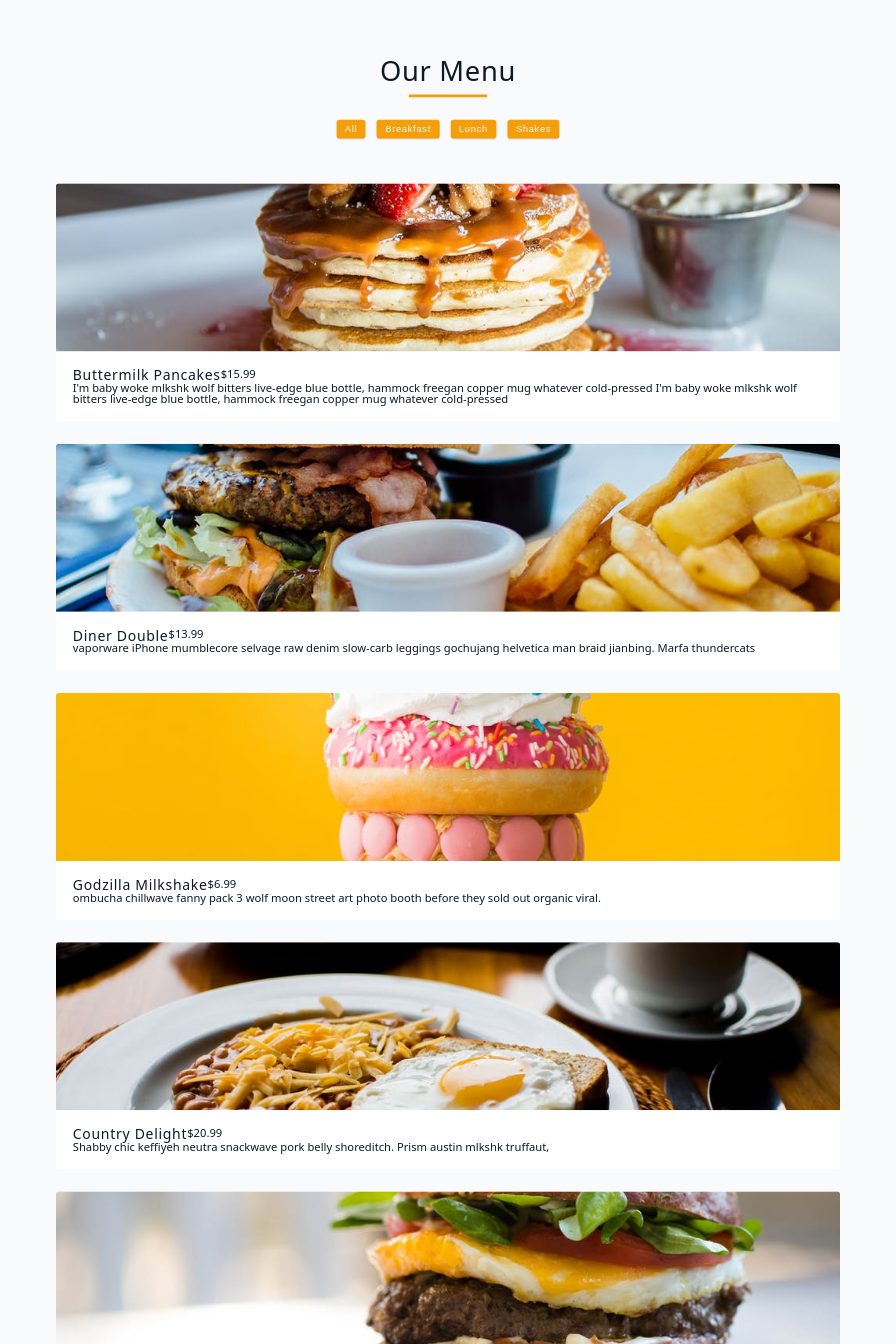
Repository: dydals3440/React-Projects
Page: / (app in 04-fundamental-projects/05-menu/starter/)
An editor plug-in stored every save of this project. The page is shown before and after the next save, followed by the edit.
The browser window is 1280 px wide. The pictures show the part of the page from y = 0 to 1920 px (the page is 3530 px tall), at 70% of full size.
The project was rebuilt for these pictures with package versions that can differ from the ones it lists, and the page was loaded fresh each time. Also part of the build but not shown: 04-fundamental-projects/05-menu/starter/vite.config.js.

Above is the page before, as saved 2023-09-07 13:58:14.

### 04-fundamental-projects/05-menu/starter/src/App.jsx
import { useState } from 'react';
import Title from './Title';
import menu from './data';
import Menu from './Menu';
import Categories from './Categories';

// const tempCategories = menu.map((item) => item.category);
// // 중복된 카테고리를 제외!
// const tempSet = new Set(tempCategories);
// const tempItems = ['all', ...tempSet];
// console.log(tempItems);

const allCategories = ['all', ...new Set(menu.map((item) => item.category))];

const App = () => {
  const [menuItems, setMenuItems] = useState(menu);
  const [categories, setCategories] = useState(allCategories);
  const filterItems = (category) => {
    if (category === 'all') {
      setMenuItems(menu);
      return;
    }
    const newItems = menu.filter((item) => item.category === category);
    setMenuItems(newItems);
  };

  return (
    <main>
      <section className='menu'>
        <Title text='our menu' />
        <Categories categories={categories} filterItems={filterItems} />
        <Menu items={menuItems} />
      </section>
    </main>
  );
};
export default App;

### 04-fundamental-projects/05-menu/starter/src/index.css
/* ============= GLOBAL CSS =============== */

*,
::after,
::before {
  margin: 0;
  padding: 0;
  box-sizing: border-box;
}

html {
  font-size: 100%;
} /*16px*/

:root {
  /* colors */
  --primary-100: #fef3c7;
  --primary-200: #fde68a;
  --primary-300: #fcd34d;
  --primary-400: #fbbf24;
  --primary-500: #f59e0b;
  --primary-600: #d97706;
  --primary-700: #b45309;
  --primary-800: #92400e;
  --primary-900: #78350f;

  /* grey */
  --grey-50: #f8fafc;
  --grey-100: #f1f5f9;
  --grey-200: #e2e8f0;
  --grey-300: #cbd5e1;
  --grey-400: #94a3b8;
  --grey-500: #64748b;
  --grey-600: #475569;
  --grey-700: #334155;
  --grey-800: #1e293b;
  --grey-900: #0f172a;
  /* rest of the colors */
  --black: #222;
  --white: #fff;
  --red-light: #f8d7da;
  --red-dark: #842029;
  --green-light: #d1e7dd;
  --green-dark: #0f5132;

  --small-text: 0.875rem;
  --extra-small-text: 0.7em;
  /* rest of the vars */
  --backgroundColor: var(--grey-50);
  --textColor: var(--grey-900);
  --borderRadius: 0.25rem;
  --letterSpacing: 1px;
  --transition: 0.3s ease-in-out all;
  --max-width: 1120px;
  --fixed-width: 600px;

  /* box shadow*/
  --shadow-1: 0 1px 3px 0 rgba(0, 0, 0, 0.1), 0 1px 2px 0 rgba(0, 0, 0, 0.06);
  --shadow-2: 0 4px 6px -1px rgba(0, 0, 0, 0.1),
    0 2px 4px -1px rgba(0, 0, 0, 0.06);
  --shadow-3: 0 10px 15px -3px rgba(0, 0, 0, 0.1),
    0 4px 6px -2px rgba(0, 0, 0, 0.05);
  --shadow-4: 0 20px 25px -5px rgba(0, 0, 0, 0.1),
    0 10px 10px -5px rgba(0, 0, 0, 0.04);
}

body {
  background: var(--backgroundColor);
  font-family: system-ui, -apple-system, BlinkMacSystemFont, 'Segoe UI', Roboto,
    Oxygen, Ubuntu, Cantarell, 'Open Sans', 'Helvetica Neue', sans-serif;
  font-weight: 400;
  line-height: 1;
  color: var(--textColor);
}
p {
  margin: 0;
}
h1,
h2,
h3,
h4,
h5 {
  margin: 0;
  font-family: var(--headingFont);
  font-weight: 400;
  line-height: 1;
  text-transform: capitalize;
  letter-spacing: var(--letterSpacing);
}

h1 {
  font-size: 3.052rem;
}

h2 {
  font-size: 2.441rem;
}

h3 {
  font-size: 1.953rem;
}

h4 {
  font-size: 1.563rem;
}

h5 {
  font-size: 1.25rem;
}

.text {
  margin-bottom: 1.5rem;
  max-width: 40em;
}

small,
.text-small {
  font-size: var(--small-text);
}

a {
  text-decoration: none;
}
ul {
  list-style-type: none;
  padding: 0;
}

.img {
  width: 100%;
  display: block;
  object-fit: cover;
}
/* buttons */

.btn {
  cursor: pointer;
  color: var(--white);
  background: var(--primary-500);
  border: transparent;
  border-radius: var(--borderRadius);
  letter-spacing: var(--letterSpacing);
  padding: 0.375rem 0.75rem;
  box-shadow: var(--shadow-1);
  transition: var(--transition);
  text-transform: capitalize;
  display: inline-block;
}
.btn:hover {
  background: var(--primary-700);
  box-shadow: var(--shadow-3);
}
.btn-hipster {
  color: var(--primary-500);
  background: var(--primary-200);
}
.btn-hipster:hover {
  color: var(--primary-200);
  background: var(--primary-700);
}
.btn-block {
  width: 100%;
}

/* alerts */
.alert {
  padding: 0.375rem 0.75rem;
  margin-bottom: 1rem;
  border-color: transparent;
  border-radius: var(--borderRadius);
}

.alert-danger {
  color: var(--red-dark);
  background: var(--red-light);
}
.alert-success {
  color: var(--green-dark);
  background: var(--green-light);
}
/* form */

.form {
  width: 90vw;
  max-width: var(--fixed-width);
  background: var(--white);
  border-radius: var(--borderRadius);
  box-shadow: var(--shadow-2);
  padding: 2rem 2.5rem;
  margin: 3rem auto;
}
.form-label {
  display: block;
  font-size: var(--small-text);
  margin-bottom: 0.5rem;
  text-transform: capitalize;
  letter-spacing: var(--letterSpacing);
}
.form-input,
.form-textarea {
  width: 100%;
  padding: 0.375rem 0.75rem;
  border-radius: var(--borderRadius);
  background: var(--backgroundColor);
  border: 1px solid var(--grey-200);
}

.form-row {
  margin-bottom: 1rem;
}

.form-textarea {
  height: 7rem;
}
::placeholder {
  font-family: inherit;
  color: var(--grey-400);
}
.form-alert {
  color: var(--red-dark);
  letter-spacing: var(--letterSpacing);
  text-transform: capitalize;
}
/* alert */

@keyframes spinner {
  to {
    transform: rotate(360deg);
  }
}

.loading {
  width: 6rem;
  height: 6rem;
  border: 5px solid var(--grey-400);
  border-radius: 50%;
  border-top-color: var(--primary-500);
  animation: spinner 0.6s linear infinite;
  margin: 0 auto;
}

/* title */

.title {
  text-align: center;
}

.title-underline {
  background: var(--primary-500);
  width: 7rem;
  height: 0.25rem;
  margin: 0 auto;
  margin-top: 1rem;
}
/* ============= PROJECT CSS =============== */
.menu {
  padding: 5rem 0;
}

.btn-container {
  margin: 2rem 0 4rem 0;
  display: flex;
  justify-content: center;
  flex-wrap: wrap;
  gap: 1rem;
}

.section-center {
  width: 90vw;
  margin: 0 auto;
  max-width: var(--max-width);
  display: grid;
  gap: 2rem;
}

.menu-item {
  background: var(--white);
  border-radius: var(--borderRadius);
}

.menu-item .img {
  height: 15rem;
  border-top-right-radius: var(--borderRadius);
  border-top-left-radius: var(--borderRadius);
}

.item-info {
  padding: 1.5rem;
}

.item-info header {
  display: flex;
}

### 04-fundamental-projects/05-menu/starter/src/Title.jsx
function Title({ text }) {
  return (
    <div className='title'>
      <h2>{text || 'Default Title'}</h2>
      <div className='title-underline'></div>
    </div>
  );
}

export default Title;

### 04-fundamental-projects/05-menu/starter/src/data.js
const menu = [
  {
    id: 1,
    title: 'buttermilk pancakes',
    category: 'breakfast',
    price: 15.99,
    img: '/images/item-1.jpeg',
    desc: `I'm baby woke mlkshk wolf bitters live-edge blue bottle, hammock freegan copper mug whatever cold-pressed I'm baby woke mlkshk wolf bitters live-edge blue bottle, hammock freegan copper mug whatever cold-pressed `,
  },
  {
    id: 2,
    title: 'diner double',
    category: 'lunch',
    price: 13.99,
    img: '/images/item-2.jpeg',
    desc: `vaporware iPhone mumblecore selvage raw denim slow-carb leggings gochujang helvetica man braid jianbing. Marfa thundercats `,
  },
  {
    id: 3,
    title: 'godzilla milkshake',
    category: 'shakes',
    price: 6.99,
    img: '/images/item-3.jpeg',
    desc: `ombucha chillwave fanny pack 3 wolf moon street art photo booth before they sold out organic viral.`,
  },
  {
    id: 4,
    title: 'country delight',
    category: 'breakfast',
    price: 20.99,
    img: '/images/item-4.jpeg',
    desc: `Shabby chic keffiyeh neutra snackwave pork belly shoreditch. Prism austin mlkshk truffaut, `,
  },
  {
    id: 5,
    title: 'egg attack',
    category: 'lunch',
    price: 22.99,
    img: '/images/item-5.jpeg',
    desc: `franzen vegan pabst bicycle rights kickstarter pinterest meditation farm-to-table 90's pop-up `,
  },
  {
    id: 6,
    title: 'oreo dream',
    category: 'shakes',
    price: 18.99,
    img: '/images/item-6.jpeg',
    desc: `Portland chicharrones ethical edison bulb, palo santo craft beer chia heirloom iPhone everyday`,
  },
  {
    id: 7,
    title: 'bacon overflow',
    category: 'breakfast',
    price: 8.99,
    img: '/images/item-7.jpeg',
    desc: `carry jianbing normcore freegan. Viral single-origin coffee live-edge, pork belly cloud bread iceland put a bird `,
  },
  {
    id: 8,
    title: 'american classic',
    category: 'lunch',
    price: 12.99,
    img: '/images/item-8.jpeg',
    desc: `on it tumblr kickstarter thundercats migas everyday carry squid palo santo leggings. Food truck truffaut  `,
  },
  {
    id: 9,
    title: 'quarantine buddy',
    category: 'shakes',
    price: 16.99,
    img: '/images/item-9.jpeg',
    desc: `skateboard fam synth authentic semiotics. Live-edge lyft af, edison bulb yuccie crucifix microdosing.`,
  },
];
export default menu;

### 04-fundamental-projects/05-menu/starter/src/Menu.jsx
import MenuItem from './MenuItem';

const Menu = ({ items }) => {
  return (
    <div className='section-center'>
      {items.map((menuItem) => {
        return <MenuItem key={menuItem.id} {...menuItem} />;
      })}
    </div>
  );
};

export default Menu;

### 04-fundamental-projects/05-menu/starter/src/Categories.jsx
const Categories = ({ categories, filterItems }) => {
  return (
    <div className='btn-container'>
      {categories.map((category) => {
        return (
          <button
            type='button'
            className='btn'
            key={category}
            // 카테고리를 통과해야하기 떄문에 화살표함수 기능을 제공해야함.
            onClick={() => filterItems(category)}
          >
            {category}
          </button>
        );
      })}
    </div>
  );
};

export default Categories;

### 04-fundamental-projects/05-menu/starter/src/MenuItem.jsx
const MenuItem = ({ img, title, price, desc }) => {
  return (
    <article className='menu-item'>
      <img src={img} alt={title} className='img' />
      <div className='item-info'>
        <header>
          <h5>{title}</h5>
          <span className='item-price'>${price}</span>
        </header>
        <p className='item-text'>{desc}</p>
      </div>
    </article>
  );
};

export default MenuItem;

Loaded but not shown: 04-fundamental-projects/05-menu/starter/index.html (common file); 04-fundamental-projects/05-menu/starter/src/main.jsx (common file)

After the next save:
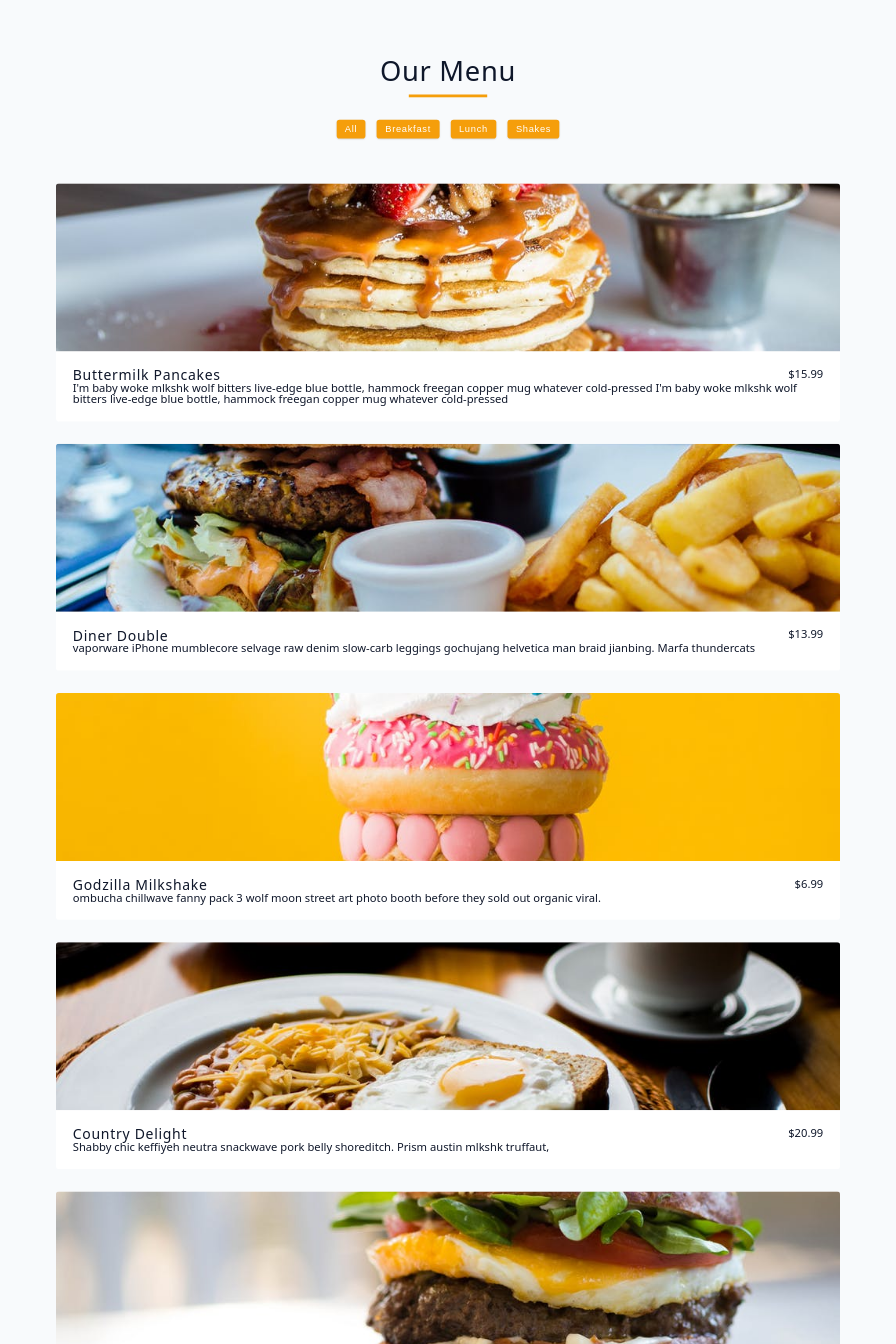
Saved 11 s later.
--- a/04-fundamental-projects/05-menu/starter/src/index.css
+++ b/04-fundamental-projects/05-menu/starter/src/index.css
@@ -290,4 +290,5 @@ ul {
 
 .item-info header {
   display: flex;
-}
+  justify-content: space-between;
+}
